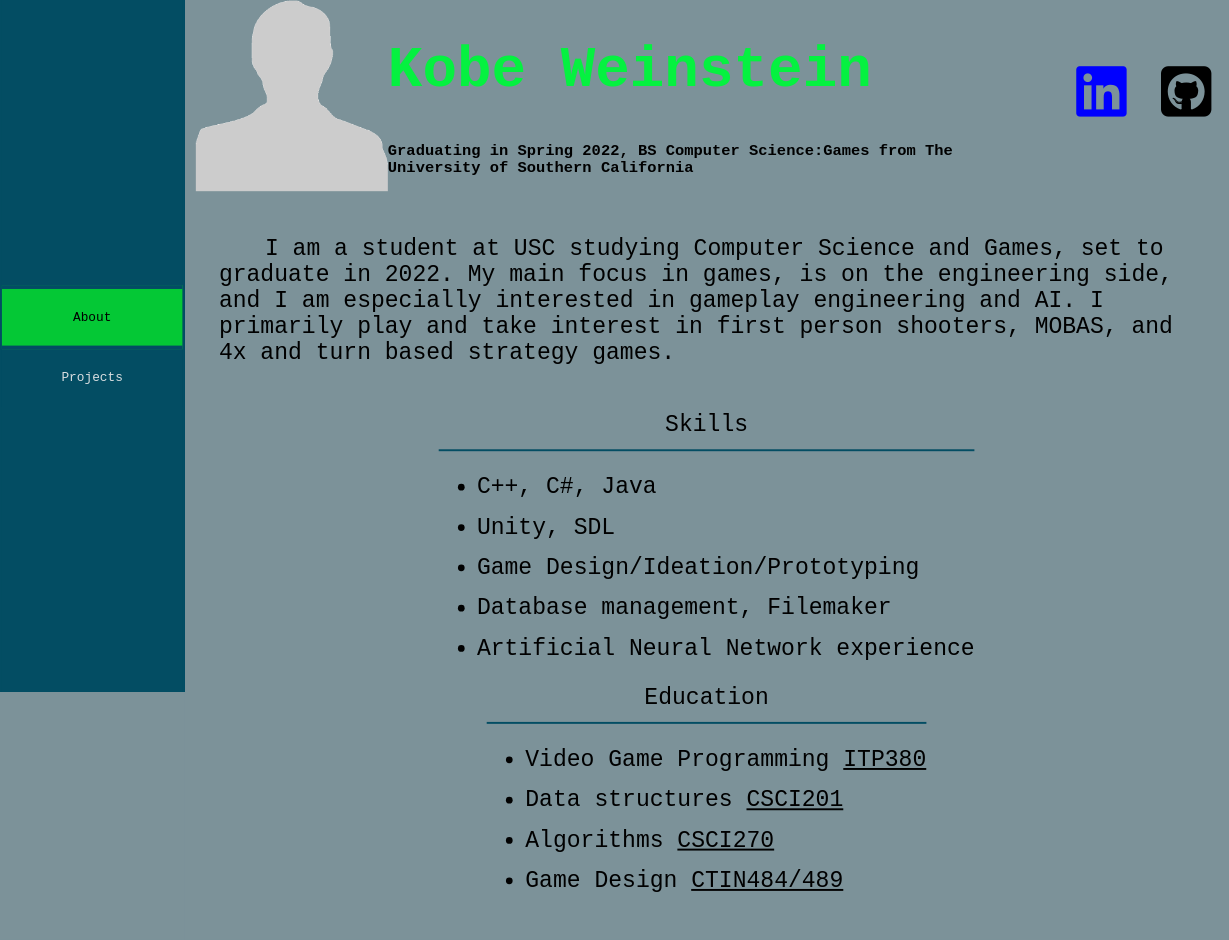
Repository: DrAngentIce/Kobe.Weinstein
Page: PortfollioSite/WebContent/Index.html
An editor plug-in stored every save of this project. The page is shown before and after the next save, followed by the edit.
The browser window is 1280 px wide. The pictures show the whole page, at 96% of full size.
Some web libraries are served in a nearby version.

Above is the page before, as saved 2021-01-18 21:16:41.

### PortfollioSite/WebContent/Index.html
<!DOCTYPE html>
<html>
<head>
<meta charset="ISO-8859-1">
<title>Kobe Weinstein</title>

<style>

 * {box-sizing: border-box}

 :root {
  --primary: #05F140;
  --primaryDim: #04C835;
  --textP: #000000;
  --Secondary: #034D63;
  --SecondaryLight: #046B8B;
  --textS: #dadfe1;
  --bg: #7C9299;
  --textBg: #000000;
  }

 body {
  font-size: 150%;
  font-family:"Courier New", monospace;
  background-color: var(--bg);

}


 .tab {
  float: left;
  border: 2px solid var(--Secondary);
  border-top: none;
  border-bottom: none;
  background-color: var(--Secondary);
  width: 15vw;
  height: 100%;
  min-height: 100%;
  display: flex;
  justify-content: center;
  flex-direction: column;
  position:fixed;
	}

 .tab button {
  display: block;
  background-color: inherit;
  padding: 22px 16px;
  width: 100%;
  border: none;
  outline: none;
  text-align: center;
  cursor: pointer;
  transition: 0.3s;
  font-family:"Courier New", monospace;
  color: var(--textS);
}

.tab button:hover {
  background-color: var(--primary);
  color: var(--textP);
  border-top: 4px solid var(--SecondaryLight);
  border-bottom: 4px solid var(--SecondaryLight);
}

.tab button.active {
  background-color: var(--primaryDim);
  color: var(--textP);
  border-top: 4px solid var(--Secondary);
  border-bottom: 4px solid var(--Secondary);
}

.projectContent {
  float: left;
  padding: 0px 8px;
  border: 1px solid var(--Secondary);
  width: 70vw;
  border-left: none;
  min-height: 100vh;
  display: none;
  font-family:"Courier New", monospace;
  margin-left:15vw;
}

.tabContent {
  float: left;
  padding: 0px 12px;
  border: none;
  width: 85vw;
  border-left: none;
  min-height: 100%;
  display: none;
  font-family:"Courier New", monospace;
  background-color: var(--bg);
  margin-left:15vw;

}

.columnName
{
	width: 80%;
	display:flex;
	align-content:center;
}

.columnContact
{
	width: 20%;
	height: 30%;
	padding: 6px;
	text-align:Right;
	vertical-align: text-top;
}

.SkillsCourses
{
	display: flex;
	flex-flow: row wrap;
	justify-content: space-around;
	width: 100%;
	padding: 24px;
}

.column
{
}

li + li {
  margin-top: 15px;
}

hr
{
 Border: 1px solid var(--Secondary);
}

a:link, a:visited
{
	color:black;
}


</style>

<script src="https://kit.fontawesome.com/3095d7b5c5.js" crossorigin="anonymous"></script>
<script>
function openTab(evt, tabName)
{

	var i, tabContent, tabs;


	tabcontent = document.getElementsByClassName("tabContent");
	for(i=0; i < tabcontent.length; i++)
	{
		tabcontent[i].style.display = "none";
	}

	tabs = document.getElementsByClassName("tablinks");
	for(i=0; i < tabs.length; i++)
	{
		tabs[i].className = tabs[i].className.replace(" active", "");
	}

	document.getElementById(tabName).style.display = "block";

	if(tabName == 'projects')
	{
		document.getElementById(tabName).style.padding = "0px 0px";
	}

	evt.currentTarget.className += " active";

}

function openProject(evt, projectName)
{

	var i, tabContent, tabs;


	tabcontent = document.getElementsByClassName("projectContent");
	for(i=0; i < tabcontent.length; i++)
	{
		tabcontent[i].style.display = "none";
	}

	tabs = document.getElementsByClassName("projectlinks");
	for(i=0; i < tabs.length; i++)
	{
		tabs[i].className = tabs[i].className.replace(" active", "");
	}

	document.getElementById(projectName).style.display = "block";

	evt.currentTarget.className += " active";

}


</script>


</head>


<body style="width: 100vw; height: 100vh; margin: 0; padding: 0;">

	<div class="tab">
	<button class="tablinks" onclick="openTab(event, 'about')" id="default">About</button>
	<button class="tablinks" onclick="openTab(event, 'projects')">Projects</button>
	</div>


	<div id = "projects" class="tabContent">
		<div class="tab" style="border-left: none;">
			<button class="projectlinks" onclick="openProject(event,'BookStacks')">The BookStacks</button>
			<button class="projectlinks" onclick="openProject(event,'RunnersEdge')">Runner's Edge</button>
			<button class="projectlinks" onclick="openProject(event,'Asteroids')">Asteroids</button>
		</div>




		<div id="BookStacks" class="projectContent">

		<div style="width:100%; display: flex; justify-content: space-between;">

		<div>
		<p style="font-size: 0.75em;"><span style = "font-size: 2.2em">The BookStacks</span> <br>
		Developed by: Kobe Weinstein and Adrian Lopez</p>
		</div>

		<div style ="align-self:center; padding: 0px 4vw;">
		<i>Unity</i>
		</div>

		</div>

		<div style="width: 75%; text-align:center; margin: auto;">
			<hr>
			<p style="font-size:0.75em;">A fast paced isometric adventure that takes the player deep below a library to destroy an evil lich bent on opening a portal to a realm of horrors. The Bookstacks central challenge, revolves around the managing of a very limited pool of reusable ammunition. </p>
		</div>

		<div style="text-align:center;">
			<iframe width="65%" height="375vh" style="border:none;"
			src="https://www.youtube.com/embed/muQl5Ingy2Q?autoplay=1&mute=1&loop=1&playlist=muQl5Ingy2Q">
			</iframe>
		</div>

		<div style="float:right; width:80%; height:30%;">
		<p>Composition of work:</p>
			<div style="width:100%; height:100%; display:flex; flex-direction: column;">
				<div><div style="display:inline-block; min-width:10vw;">Art</div> <div style="border:1px solid black; width:60%; height:3vh; display:inline-block; vertical-align: middle;"><div style="background-color: var(--primaryDim); height:100%; width:35%;"></div></div> </div>
				<div><div style="display:inline-block; min-width:10vw;">Level Design</div> <div style="border:1px solid black; width:60%; height:3vh; display:inline-block; vertical-align: middle;"><div style="background-color: var(--primaryDim); height:100%; width:45%;"></div></div> </div>
				<div><div style="display:inline-block; min-width:10vw;">Gameplay</div> <div style="border:1px solid black; width:60%; height:3vh; display:inline-block; vertical-align: middle;"><div style="background-color: var(--primaryDim); height:100%; width:90%;"></div></div> </div>
				<div><div style="display:inline-block; min-width:10vw;">Engine</div> <div style="border:1px solid black; width:60%; height:3vh; display:inline-block; vertical-align: middle;"><div style="background-color: var(--primaryDim); height:100%; width:20%;"></div></div> </div>
				<div><div style="display:inline-block; min-width:10vw;">AI</div> <div style="border:1px solid black; width:60%; height:3vh; display:inline-block; vertical-align: middle;"><div style="background-color: var(--primaryDim); height:100%; width:90%;"></div></div> </div>
			</div>
		</div>


		</div>


		<div id="RunnersEdge" class="projectContent">

		<div style="width:100%; display: flex; justify-content: space-between;">

		<div>
		<p style="font-size: 0.75em;"><span style = "font-size: 2.2em">"Runnner's Edge"</span> <br>
		Developed by: Kobe Weinstein</p>
		</div>

		<div style ="align-self:center; padding: 0px 4vw;">
		<i>C++</i>
		</div>

		</div>

		<div style="width: 75%; text-align:center; margin: auto;">
			<hr>
			<p style="font-size:0.75em;">A game loosely based off of Mirror's Edge. The game was created in C++ as an assignment for ITP-380 Intro to Game programming.
			The main bulk of the code that needed to be written for the assignment focused on the physics and movement of the player and environment. All sound and art, as well as some skeleton code was provided by the instructors.</p>
		</div>

		<div style="text-align:center;">
			<iframe width="65%" height="375vh" style="border:none;"
			src="https://www.youtube.com/embed/Rtn2YmhXi4M?autoplay=1&mute=1&loop=1&playlist=Rtn2YmhXi4M">
			</iframe>
		</div>

		<div style="float:right; width:80%; height:30%;">
		<p>Composition of work:</p>
			<div style="width:100%; height:100%; display:flex; flex-direction: column;">
				<div><div style="display:inline-block; min-width:10vw;">Art</div> <div style="border:1px solid black; width:60%; height:3vh; display:inline-block; vertical-align: middle;"><div style="background-color: var(--primaryDim); height:100%; width:5%;"></div></div> </div>
				<div><div style="display:inline-block; min-width:10vw;">Level Design</div> <div style="border:1px solid black; width:60%; height:3vh; display:inline-block; vertical-align: middle;"><div style="background-color: var(--primaryDim); height:100%; width:5%;"></div></div> </div>
				<div><div style="display:inline-block; min-width:10vw;">Gameplay</div> <div style="border:1px solid black; width:60%; height:3vh; display:inline-block; vertical-align: middle;"><div style="background-color: var(--primaryDim); height:100%; width:90%;"></div></div> </div>
				<div><div style="display:inline-block; min-width:10vw;">Engine</div> <div style="border:1px solid black; width:60%; height:3vh; display:inline-block; vertical-align: middle;"><div style="background-color: var(--primaryDim); height:100%; width:90%;"></div></div> </div>
				<div><div style="display:inline-block; min-width:10vw;">AI</div> <div style="border:1px solid black; width:60%; height:3vh; display:inline-block; vertical-align: middle;"><div style="background-color: var(--primaryDim); height:100%; width:5%;"></div></div> </div>
			</div>
		</div>


		</div>

		<div id="Asteroids" class="projectContent">

		<div style="width:100%; display: flex; justify-content: space-between;">

		<div>
		<p style="font-size: 0.75em;"><span style = "font-size: 2.2em">Asteroids</span> <br>
		Developed by: Kobe Weinstein</p>
		</div>

		<div style ="align-self:center; padding: 0px 4vw;">
		<i>C++</i>
		</div>

		</div>

		<div style="width: 75%; text-align:center; margin: auto;">
			<hr>
			<p style="font-size:0.75em;">Developed for a class as a demonstration of understanding of 3d game programming. For this assignment, I had to implement the flight, rolling, shooting, and the lock-on mechanics.</p>
		</div>

		<div style="text-align:center;">
			<iframe width="65%" height="375vh" style="border:none;"
			src="https://www.youtube.com/embed/PG1mOM3zf5M?autoplay=1&mute=1&loop=1&playlist=PG1mOM3zf5M">
			</iframe>
		</div>

		<div style="float:right; width:80%; height:30%;">
		<p>Composition of work:</p>
			<div style="width:100%; height:100%; display:flex; flex-direction: column;">
				<div><div style="display:inline-block; min-width:10vw;">Art</div> <div style="border:1px solid black; width:60%; height:3vh; display:inline-block; vertical-align: middle;"><div style="background-color: var(--primaryDim); height:100%; width:5%;"></div></div> </div>
				<div><div style="display:inline-block; min-width:10vw;">Level Design</div> <div style="border:1px solid black; width:60%; height:3vh; display:inline-block; vertical-align: middle;"><div style="background-color: var(--primaryDim); height:100%; width:5%;"></div></div> </div>
				<div><div style="display:inline-block; min-width:10vw;">Gameplay</div> <div style="border:1px solid black; width:60%; height:3vh; display:inline-block; vertical-align: middle;"><div style="background-color: var(--primaryDim); height:100%; width:90%;"></div></div> </div>
				<div><div style="display:inline-block; min-width:10vw;">Engine</div> <div style="border:1px solid black; width:60%; height:3vh; display:inline-block; vertical-align: middle;"><div style="background-color: var(--primaryDim); height:100%; width:70%;"></div></div> </div>
				<div><div style="display:inline-block; min-width:10vw;">AI</div> <div style="border:1px solid black; width:60%; height:3vh; display:inline-block; vertical-align: middle;"><div style="background-color: var(--primaryDim); height:100%; width:5%;"></div></div> </div>
			</div>
		</div>

		</div>

	</div>





	<div id="about" class="tabContent">

	<div style="width:100%; display:flex; flex-flow:row wrap; justify-content:space-between;">

		<div class="columnName">
			<img src="Portrait.gif" width="200px" height="200px">
			<div>
			<h1 style="color: var(--primary); font-size:2.5em;">Kobe Weinstein</h1>
			<h6>Graduating in Spring 2022, BS Computer Science:Games from The University of Southern California</h6>
			</div>
		</div>

		<div class="columnContact">
		<p style="font-size: 2.5em;">
			<a href="http://www.linkedin.com/in/kobe-weinstein" style="color:blue;"><i class="fab fa-linkedin"></i></a>
			<a href="http://www.Github.com/DrAgentIce" style="color:black;"><i class="fab fa-github-square"></i></a>
		</p>
		</div>

	</div>

	<p style="padding: 0px 24px; text-indent:2em;">
	I am a student at USC studying Computer Science and Games, set to graduate in 2022. My main focus in games, is on the engineering side, and I am especially interested in gameplay engineering and AI.
	I primarily play and take interest in first person shooters, MOBAS, and 4x and turn based strategy games.

	</p>

	<div class="SkillsCourses">

	<div class="column">
	<div style="text-align: center;">Skills</div>
	<hr>
	<ul>
	<li>C++, C#, Java</li>
	<li>Unity, SDL</li>
	<li>Game Design/Ideation/Prototyping</li>
	<li>Database management, Filemaker</li>
	<li>Artificial Neural Network experience</li>
	</ul>
	</div>

	<div class="column">
	<div style="text-align: center;">Education</div>
	<hr>
	<ul>
		<li>Video Game Programming <a href="https://web-app.usc.edu/soc/syllabus/20201/31902.pdf">ITP380</a></li>
		<li>Data structures <a href="https://web-app.usc.edu/ws/soc_archive/soc/term-20201/course/csci-201/index.html">CSCI201</a></li>
		<li>Algorithms <a href="https://classes.usc.edu/term-20203/course/csci-270/">CSCI270</a></li>
		<li>Game Design <a href="https://classes.usc.edu/term-20201/course/ctin-484/">CTIN484/489</a></li>
	</ul>
	</div>

	</div>


	</div>

<script>
document.getElementById("default").click();
</script>
</body>

</html>

After the next save:
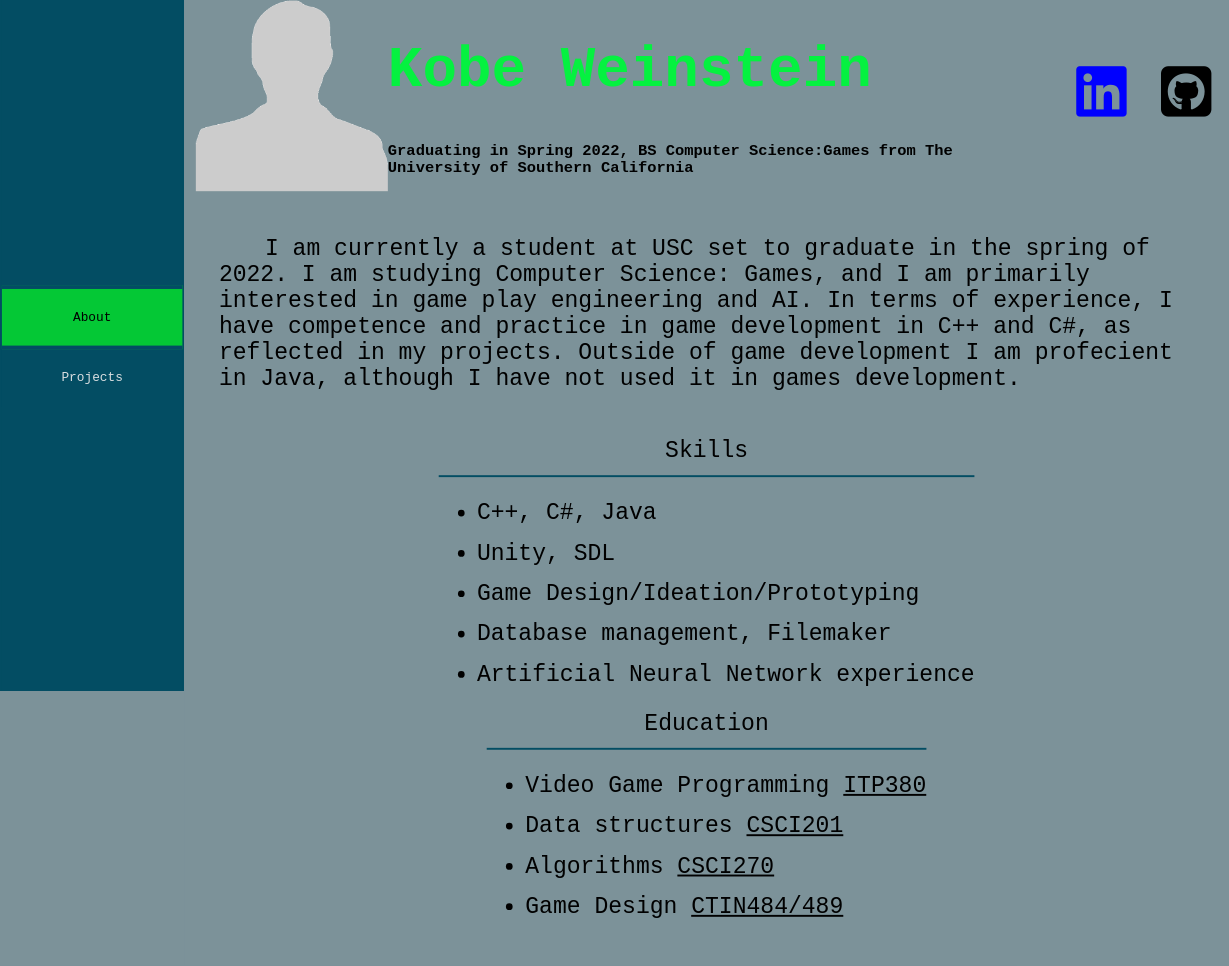
Saved 16 min 32 s later.
--- a/PortfollioSite/WebContent/Index.html
+++ b/PortfollioSite/WebContent/Index.html
@@ -371,9 +371,8 @@ function openProject(evt, projectName)
 	</div>
 
 	<p style="padding: 0px 24px; text-indent:2em;">
-	I am a student at USC studying Computer Science and Games, set to graduate in 2022. My main focus in games, is on the engineering side, and I am especially interested in gameplay engineering and AI.
-	I primarily play and take interest in first person shooters, MOBAS, and 4x and turn based strategy games.
-
+	I am currently a student at USC set to graduate in the spring of 2022. I am studying Computer Science: Games, and I am primarily interested in game play engineering and AI.
+	In terms of experience, I have competence and practice in game development in C++ and C#, as reflected in my projects. Outside of game development I am profecient in Java, although I have not used it in games development.
 	</p>
 
 	<div class="SkillsCourses">
